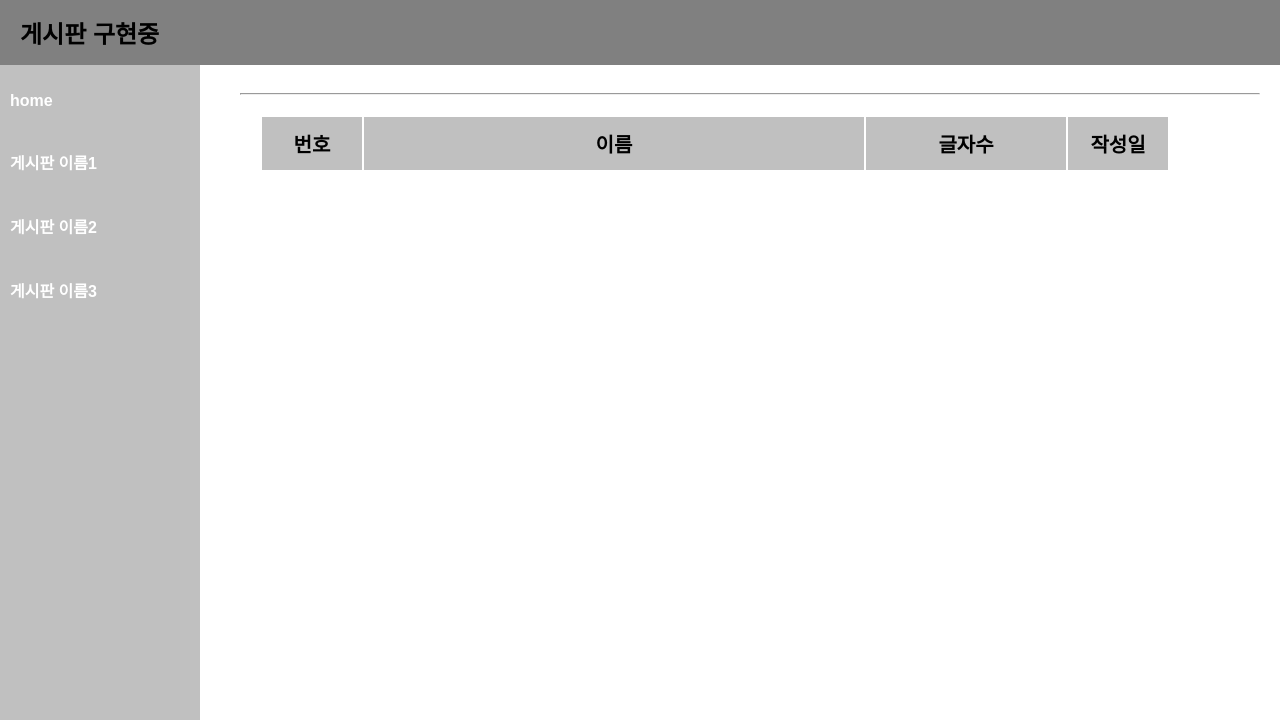
Repository: hyeon-jin-park/study
Page: work/internet_programing/Test_final/public/i.html
The author's editor kept a copy of each file at every save. The page is drawn from the files as they stood at one save, then again after the next save.
The browser window is 1280 px wide. The pictures show the whole page.

Above is the page before, as saved 2025-03-12 14:22:41.

### work/internet_programing/Test_final/public/i.html
<!DOCTYPE html>
<html lang="ko">
<head>

    <meta charset="UTF-8">
    <meta name="viewport" content="width=device-width, initial-scale=1.0">
    <title>home.html</title>
	<link rel="stylesheet" href="layout.css">
	<link rel="stylesheet" href="board.css">
	<style>
	* { margin: 0; padding: 0; box-sizing: border-box; }
	body { font-family: Arial, sans-serif; }
	</style>

</head>


<body>

    <div class="header">
        <div class="header_name">게시판 구현중</div>
        <ul class="header_elements">
            <li style="background-color:silver; color:black; border: 1px solid; padding:10px"><a href="#">로그인</a></li>
        </ul>
    </div>
    <div class="sidebar">
    	<ul class="sidebar">
    		<li><a href="home.html">home</a></li>
    		<li><a href="#">게시판 이름1</a></li>
    		<li><a href="#">게시판 이름2</a></li>
    		<li><a href="#">게시판 이름3</a></li>

    	</ul>
    </div>
    <div class="content">
    	<h1>Home</h1>
    	<br>
    	<br>
    	<hr>
    	<div class="board">
    		<table class="header_elements">
    			<tr style ="background-color: silver">
    				<th>번호</th>
    				<th>이름</th>
    				<th>글자수</th>
    				<th>작성일</th>
    			</tr>
    		</table>
    	</div>
    </div>

</body>
</html>

### work/internet_programing/Test_final/public/layout.css
@charset "UTF-8";

.header {
            background-color: gray;
            color: black;
            padding: 15px 20px;
            display: flex;
            justify-content: space-between;
            align-items: center;
            width: 100%;
            position: fixed;
            z-index: 1000;
    		border-collapse: collapse;
    		table-layout: fixed;
        }

        .header_name {
            font-size: 24px;
            font-weight: bold;
        }

        .header_elements {
            list-style: none;
            display: flex;
        }

        .header_elements li {
        	position: fixed;
            margin-left: 20px;
            z-index: 999;
        }

        .header_elements a {
        	display: inline-block;
            text-decoration: none;
            font-size: 18px;
        }

        .header_elements a:hover {
            font-weight: bold;
        }

        .sidebar {
        	margin-top: 62px;
    		width: 200px;
    		background-color: silver;
    		color: black;
    		padding: 20px;
    		position: fixed;
    		height: 100vh;
    		top: 0;
    		left: 0;
		}

		.sidebar ul {
    		list-style: none;
    		padding: 0;
		}

		.sidebar ul li {
   		 margin: 20px 0;
		}

		.sidebar a {
    		text-decoration: none;
    		color: white;
   		    font-weight: bold;
   		 	display: block;
    		padding: 10px;
    		border-radius: 5px;
		}

		.sidebar a:hover {
    		background-color: #555;
		}


		.content {
    		margin-left: 220px;
    		padding: 20px;
		}

### work/internet_programing/Test_final/public/board.css
@charset "UTF-8";

.board {
	background-color: white;
	color: black;
	padding: 20px 20px;
	width: 100%;
}



.board th {
	padding: 12px;
    text-align: center;
    vertical-align: middle;
    font-size: 20px;
}

.board th:nth-child(1),
.board td:nth-child(1){
	width: 100px;
}
.board th:nth-child(2),
.board td:nth-child(2){
	width: 500px;
}
.board th:nth-child(3),
.board td:nth-child(3){
	width: 200px;
}
.board th:nth-child(4),
.board td:nth-child(4){
	width: 100px;
}

After the next save:
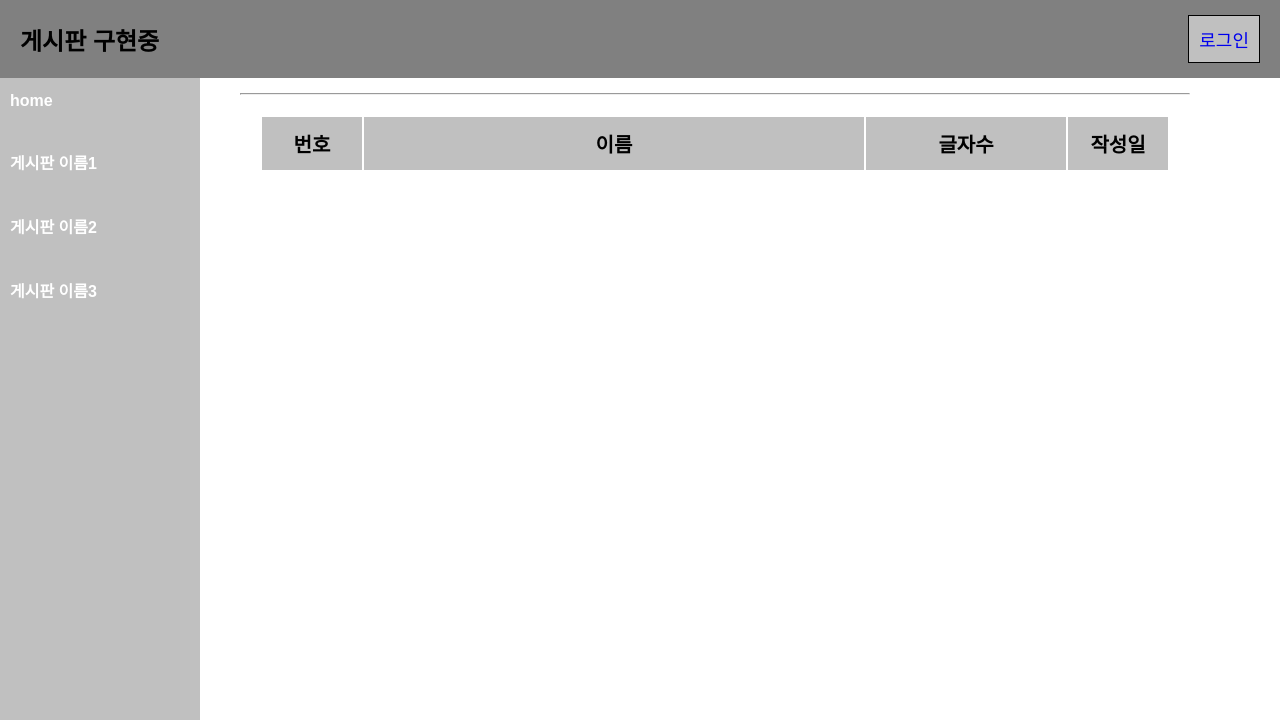
Saved 97 s later.
--- a/work/internet_programing/Test_final/public/layout.css
+++ b/work/internet_programing/Test_final/public/layout.css
@@ -25,9 +25,7 @@
         }
 
         .header_elements li {
-        	position: fixed;
             margin-left: 20px;
-            z-index: 999;
         }
 
         .header_elements a {
@@ -76,6 +74,7 @@
 
 
 		.content {
+			position: fixed;
     		margin-left: 220px;
     		padding: 20px;
 		}
